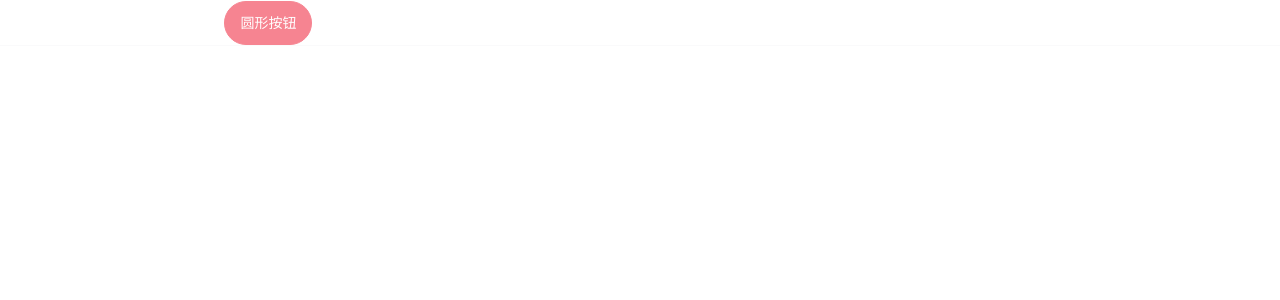
Repository: huye123/stcq
Page: /
These files come from the project's save history. The page is drawn as it stood at one moment and after a run of saves; the edit follows.
The browser window is 1280 px wide. The pictures show the whole page.
The project was rebuilt for these pictures with package versions that can differ from the ones it lists, and the page was loaded fresh each time.

Above is the page before, as saved 2019-06-28 15:02:30.

After the next 2 saves:
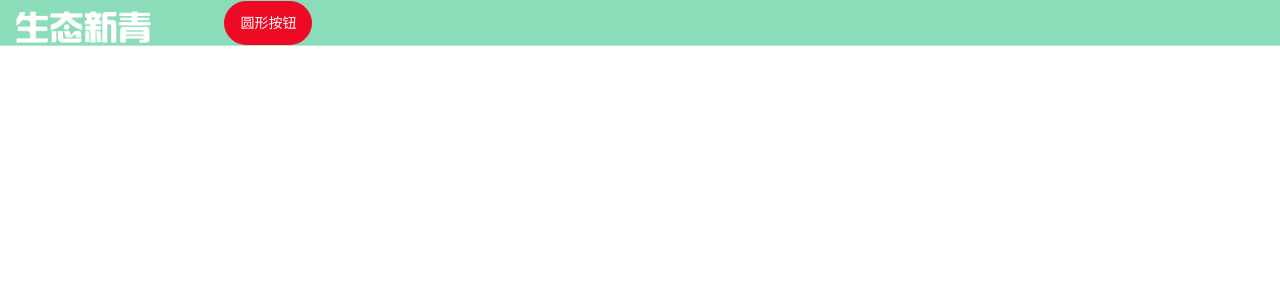
The 2 saves are shown as one change because they came seconds apart.
The last was saved 8 s later.
--- a/src/components/HelloWorld.vue
+++ b/src/components/HelloWorld.vue
@@ -30,8 +30,8 @@
 
 <style scoped>
  .index{
-   background-color: rgba(25, 186, 117, alpha);
-   opacity: 0.5;
+   background-color: rgba(25, 186, 117, 0.5);
+   /* opacity: 0.5; */
 
  }
   .logo img{
